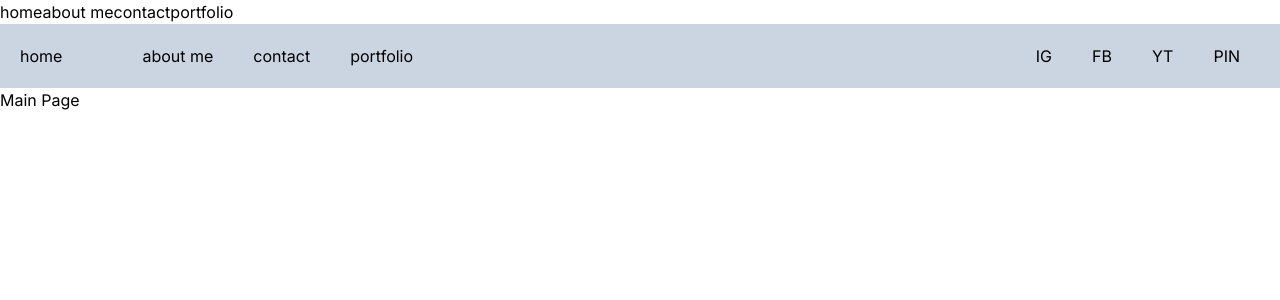
Repository: hubertrh/klaudia-personal-next
Page: /
The author's editor kept a copy of each file at every save. The page is drawn from the files as they stood at one save, then again after the next save.
The browser window is 1280 px wide. The pictures show the whole page.
The project was rebuilt for these pictures with package versions that can differ from the ones it lists, and the page was loaded fresh each time. The framework's server and built-in components were replaced by stand-ins that run in the browser. Also part of the build but not shown: next.config.js.

Above is the page before, as saved 2023-08-11 11:16:44.

### app/layout.tsx
import './globals.css';
import type { Metadata } from 'next';
import { Inter } from 'next/font/google';
import Link from 'next/link';

const inter = Inter({ subsets: ['latin'] });

export const metadata: Metadata = {
  title: 'Klaudia Rogala-Haracz',
  description: 'Portrait and reportage photography. Based in London.',
};

export default function RootLayout({
  children,
}: {
  children: React.ReactNode;
}) {
  return (
    <html lang="en">
      <body className={inter.className}>
        <header>
          <nav>
            <Link href="#!">home</Link>
            <Link href="#!">about me</Link>
            <Link href="#!">contact</Link>
            <Link href="#!">portfolio</Link>
          </nav>
          <div></div>
        </header>
        {children}
      </body>
    </html>
  );
}

### app/(site)/layout.tsx
import '../globals.css';
import type { Metadata } from 'next';
import { Inter } from 'next/font/google';
import Link from 'next/link';

const inter = Inter({ subsets: ['latin'] });

export const metadata: Metadata = {
  title: 'Klaudia Rogala-Haracz',
  description: 'Portrait and reportage photography. Based in London.',
};

export default function RootLayout({
  children,
}: {
  children: React.ReactNode;
}) {
  return (
    <html lang="en">
      <body className={inter.className}>
        <header className="flex justify-between bg-slate-300 p-5">
          <nav>
            <Link className="nav-link !pr-20" href="#!">
              home
            </Link>
            <Link className="nav-link" href="#!">
              about me
            </Link>
            <Link className="nav-link" href="#!">
              contact
            </Link>
            <Link className="nav-link" href="/portfolio">
              portfolio
            </Link>
          </nav>
          <div>
            <Link
              className="social-icon"
              href="https://www.instagram.com/_klaudiarogala/"
            >
              IG
            </Link>
            <Link
              className="social-icon"
              href="https://www.facebook.com/klaudiarogalaphotographer/"
            >
              FB
            </Link>
            <Link
              className="social-icon"
              href="https://www.youtube.com/channel/UCyVfMWp16X_wYCG9213YOQw/"
            >
              YT
            </Link>
            <Link
              className="social-icon"
              href="https://www.pinterest.com/zuzannnnaa/"
            >
              PIN
            </Link>
            {/* <a class="lang-btn" href="/pl/index.html"><img src="/icons/flag-pl.svg" /></a> */}
          </div>
        </header>
        {children}
      </body>
    </html>
  );
}

### app/(site)/page.tsx
export default function Home() {
  return <div>Main Page</div>;
}

### app/globals.css
@tailwind base;
@tailwind components;
@tailwind utilities;

:root {
  --foreground-rgb: 0, 0, 0;
  --background-rgb: 255, 255, 255;
}

body {
  color: rgb(var(--foreground-rgb));
  background: rgb(var(--background-end-rgb));
}

.nav-link {
  @apply pr-10;
}

.social-icon {
  @apply px-5;
}

Loaded but not shown: tailwind.config.js (common file)

After the next save:
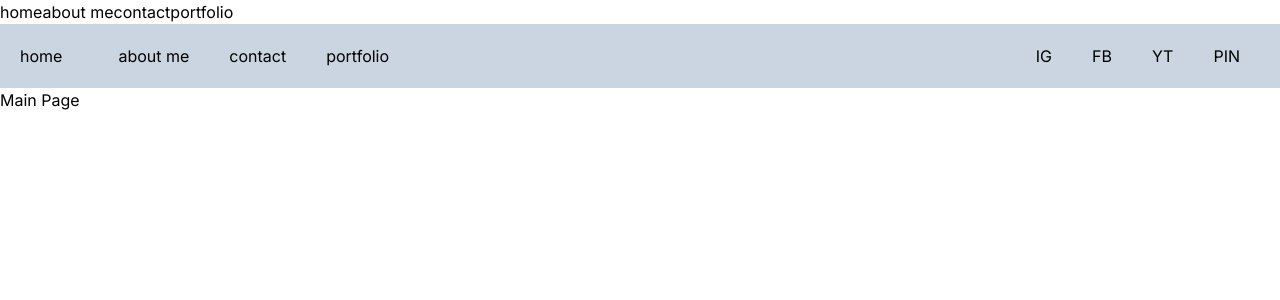
Saved 17 s later.
--- a/app/(site)/layout.tsx
+++ b/app/(site)/layout.tsx
@@ -20,7 +20,7 @@ export default function RootLayout({
       <body className={inter.className}>
         <header className="flex justify-between bg-slate-300 p-5">
           <nav>
-            <Link className="nav-link !pr-20" href="#!">
+            <Link className="nav-link !pr-14" href="#!">
               home
             </Link>
             <Link className="nav-link" href="#!">
